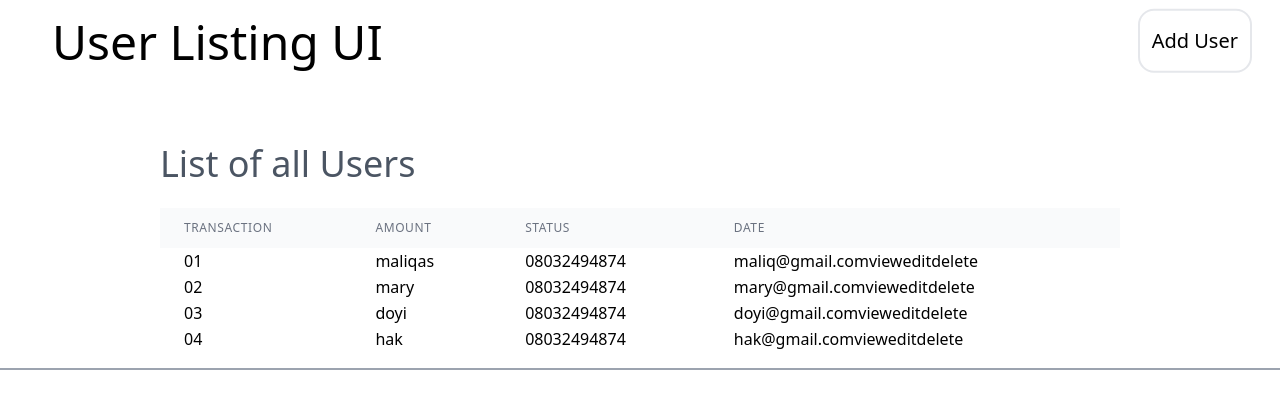
Repository: Marlstergo/listings
Page: / (app in client/)
An editor plug-in stored every save of this project. The page is shown before and after the next save, followed by the edit.
The browser window is 1280 px wide. The pictures show the whole page.
The project was rebuilt for these pictures with package versions that can differ from the ones it lists, and the page was loaded fresh each time. Also part of the build but not shown: client/craco.config.js, client/src/components/Loader.js, client/src/components/List.js, client/src/components/EditUser.js.

Above is the page before, as saved 2021-07-21 16:32:35.

### client/src/index.js
/* eslint-disable no-unused-vars */
import React from "react";
import ReactDOM from "react-dom";
import "./index.css";
import App from "./App";
import reportWebVitals from "./reportWebVitals";
import { BrowserRouter as Router } from 'react-router-dom';
import { Provider } from "react-redux";
import { store } from "./redux/store";
import { PersistGate } from "redux-persist/integration/react";
import { persistor } from "./redux/store";

ReactDOM.render(
  <React.StrictMode>
    <Provider store={store}>
      <Router>
        <PersistGate persistor={persistor}>
          <App />
        </PersistGate>
      </Router>
    </Provider>
  </React.StrictMode>,
  document.getElementById("root")
);

// If you want to start measuring performance in your app, pass a function
// to log results (for example: reportWebVitals(console.log))
// or send to an analytics endpoint. Learn more: https://bit.ly/CRA-vitals
reportWebVitals();

### client/src/App.js
import React, { useState } from "react";
import { BrowserRouter, Route, Switch, useLocation } from "react-router-dom";
import Header from "./components/Header";
import Home from "./components/Home";
import List from "./components/List";
// import Toppings from "./components/Toppings";
import Order from "./components/EditUser";
// import Modal from "./components/Modal";
import { AnimatePresence } from "framer-motion";

function App() {
  const location = useLocation();
  const showModal = true;

  return (
    <>
      <Header />
      {/* <Modal showModal={showModal} /> */}
      <AnimatePresence exitBeforeEnter>
        <BrowserRouter>
          <Switch>
            <Route exact name="home" path="/">
              <Home />
            </Route>
            {/* <Route exact path="/createUpdateUser">
            <Toppings />
          </Route> */}
            <Route path="/edit" exact name="order">
              <Order />
            </Route>
            <Route path="/view" exact name="view">
              <List/>
            </Route>
          </Switch>
        </BrowserRouter>
      </AnimatePresence>
    </>
  );
}

export default App;

### client/src/redux/store.js
import { createStore, applyMiddleware } from "redux";
import { logger } from 'redux-logger';
import {persistStore} from 'redux-persist';
// import thunk from 'redux-thunk'
import createSagaMiddleware from 'redux-saga'

import rootSaga from './root-sagas'

import rootReducer from './root-reducer';

const sagaMiddleware = createSagaMiddleware()

const middleware = [sagaMiddleware];

if( process.env.NODE_ENV === 'development'){
    middleware.push(logger)
}

export const store = createStore(rootReducer, applyMiddleware(...middleware))

sagaMiddleware.run(rootSaga)

export const persistor = persistStore(store)

export default (store, persistor);

### client/src/components/Header.js
import React from "react";
import { motion } from "framer-motion";

const svgVariants = {
  hidden: { rotate: -180 },
  visible: {
    rotate: 0,
    transition: { duration: 1 },
  },
};

const pathVariants = {
  hidden: {
    opacity: 0,
    pathLength: 0,
  },
  visible: {
    opacity: 1,
    pathLength: 1,
    transition: {
      duration: 2,
      ease: "easeInOut",
    },
  },
};

const buttonVariants = {
  show: {
    y: [0, -20],
    x: 0,
    textShadow: "0px 0px 8px rgb(255,255,255)",
    boxShadow: "0px 0px 8px rgb(255,255,255)",
    transition: {
      duration: 0.3,
      yoyo: Infinity,
      ease: 'easeOut'
    },
  },
};

const Header = () => {
  return (
    <header className="flex p-7 w-screen justify-between  items-center">
      {/* <motion.div
        className="logo"
        drag
        dragConstraints={{ left: 0, top: 0, right: 0, bottom: 0 }}
        dragElastic={0.7}
      >

      </motion.div> */}
      <motion.div
        className=" flex justify-between w-full ml-6 text-xs"
        initial={{ y: -250 }}
        animate={{ y: -10 }}
        transition={{ delay: 0.2, type: "spring", stiffness: 120 }}
      >
        <h1 className=" pb-4 text-5xl">User Listing UI</h1>
        <motion.button variants={buttonVariants} whileHover="hover"
        animate="show"
        className="text-xl border-2 px-3 rounded-2xl active:bg-gray-200"
        >
          Add User
        </motion.button>
      </motion.div>
    </header>
  );
};

export default Header;

### client/src/components/Home.js
import React from "react";
import { Link } from "react-router-dom";
import { motion } from "framer-motion";
import Loader from "./Loader";
import UserRow from "./UserRow";



const containerVariants = {
  hidden: {
    opacity: 0,
  },
  visible: {
    opacity: 1,
    transition: { delay: 1.5, duration: 1.5 },
  },
  exit: {
    x: "-100vh",
    transition: { ease: "easeInOut" },
  },
};
const buttonVariants = {
  hover: {
    scale: 1.1,
    textShadow: "0px 0px 8px rgb(255,255,255)",
    boxShadow: "0px 0px 8px rgb(255,255,255)",
    transition: {
      duration: 0.3,
      yoyo: Infinity
    }
  }
}
const users = [
  {
    id: '01',
    name: "maliqas",
    email: "maliq@gmail.com",
    phone: '08032494874'
  },
  {
    id: '02',
    name: "mary",
    email: "mary@gmail.com",
    phone: '08032494874'
  },
  {
    id: '03',
    name: "doyi",
    email: "doyi@gmail.com",
    phone: '08032494874'
  },
  {
    id: '04',
    name: "hak",
    email: "hak@gmail.com",
    phone: '08032494874'
  },
];
const Home = () => {
  return (
    <motion.div
      className="  pb-4 mb-4 border-b-2 border-gray-400 flex flex-col items-center"
      variants={containerVariants}
      initial="hidden"
      animate="visible"
      exit="exit"
    >
      <div className="w-3/4 ">
        <h1 className="text-gray-600 py-6 text-4xl">List of all Users</h1>

        <table className="min-w-full divide-y divide-gray-200">
          <thead>
            <tr>
              <th className="px-6 py-3 bg-gray-50 text-left text-xs font-medium text-gray-500 uppercase tracking-wider">
                Transaction
              </th>
              <th className="px-6 py-3 bg-gray-50 text-left text-xs font-medium text-gray-500 uppercase tracking-wider">
                Amount
              </th>
              <th className=" px-6 py-3 bg-gray-50 text-left text-xs font-medium text-gray-500 uppercase tracking-wider">
                Status
              </th>
              <th className="px-6 py-3 bg-gray-50 text-left text-xs font-medium text-gray-500 uppercase tracking-wider">
                Date
              </th>
            </tr>
            {
              users.map((user) =>(
                <UserRow name={user.name} id={user.id} email={user.email} phone={user.phone} />
              ))
            }
          </thead>
        </table>
      </div>
    </motion.div>
  );
};

export default Home;

### client/src/redux/root-sagas.js
import {all, call} from 'redux-saga/effects'
import {userSagas} from './user/user.sagas'


export default function* rootSaga(){
    yield all([
        call(userSagas),
    ])
}

### client/src/redux/root-reducer.js
import {combineReducers} from 'redux'
import userReducer from './user/user.reducer'
// import cartReducer from './cart/cart.reducer'
import {persistReducer} from 'redux-persist'
import storage from 'redux-persist/lib/storage'
// import directoryReducer from './directory/directory.reducer'
// import shopReducer from './shop/shop.reducer'

const persistConfig ={
    key: 'root',
    storage,
    whitelist: ['' ]
}
const rootReducer = combineReducers({
    user: userReducer,

})
export default persistReducer(persistConfig, rootReducer)

### client/src/components/UserRow.jsx
import React from "react";

const UserRow = ({id, name, phone, email}) => {
  console.log(phone)
  return (
    <tr>
      <td className="px-6">{id}</td>
      <td className="px-6">{name}</td>
      <td className="px-6">{phone}</td>
      <td className="px-6">{email}
        <button>view</button>
        <button>edit</button>
        <button>delete</button>
      </td>
    </tr>
  );
};

export default UserRow;

### client/src/redux/user/user.sagas.js
import { all, call, put, takeLatest } from "redux-saga/effects";

import UserActionTypes from "./user.types";
import { loadUserDetail } from "./user.action";
// import axios from "axios";
// import { getUserDetailsURL } from "../../components/stringConstants";

export function* getDetails() {
  yield console.log("i fired");

  // try {
  //   console.log("inside try");

  //   const res = yield axios.get(getUserDetailsURL);
  //   const data = yield res.data;
  //   console.log(res);
  //   yield put(loadUserDetail(data ? data.data[0] : {}));
  // } catch (err) {
  //   console.log(err.response);
  //   if (err.response && err.response.statusText === "Not Found") {
  //     // console.log("");
  //     window.location.href = "/profile/settings?newUser=0837";
  //   }
  // }
}

export function* getUserDetails() {
  yield takeLatest(UserActionTypes.GET_USER_DETAIL, getDetails);
}
// export function* loadUserDetails(){
//     yield takeLatest(UserActionTypes.LOAD_USER_DETAIL, loadDetails)
// }

export function* userSagas() {
  yield all([call(getUserDetails)]);
}

### client/src/redux/user/user.reducer.js
import UserActionTypes from "./user.types";
const INITIAL_STATE = {
  // currentUser: null,
  userDetail: {},
  demo: 'i am demo',
  location: null

};
const userReducer = (state = INITIAL_STATE, action) => {
  switch (action.type) {

    case UserActionTypes.LOAD_USER_DETAIL:
      return {
        ...state,
        userDetail: action.payload,
      };

    case UserActionTypes.COLLECT_GEOLOCATION:
      return {
        ...state,
        location: action.payload
      }
    default:
      return state;
  }
};

export default userReducer;

### client/src/redux/user/user.types.js
const UserActionTypes ={
    GOOGLE_SIGN_IN_START : 'GOOGLE_SIGN_IN_START',
    SIGN_IN_SUCCESS : 'SIGN_IN_SUCCESS',
    SIGN_IN_FAILURE : 'SIGN_IN_FAILURE',
    GET_USER_DETAIL: 'GET_USER_DETAIL',
    LOAD_USER_DETAIL: 'LOAD_USER_DETAIL',
    COLLECT_GEOLOCATION: 'COLLECT_GEOLOCATION',
    FETCH_GEOLOCATION: 'FETCH_GEOLOCATION'
}
export default UserActionTypes;

### client/src/redux/user/user.action.js
import UserActionTypes from './user.types'



// export const googleSignInStart = () => ({
//     type: UserActionTypes.GOOGLE_SIGN_IN_START
// })

// export const signInSuccess = (user) => ({
//     type: UserActionTypes.SIGN_IN_SUCCESS,
//     payload: user
// })

export const getUserDetail = () => ({
    type: UserActionTypes.GET_USER_DETAIL,

})
export const loadUserDetail = (details) => ({
    type: UserActionTypes.LOAD_USER_DETAIL,
    payload: details
})

export const fetchGeoloction = () => ({
    type: UserActionTypes.FETCH_GEOLOCATION
})
export const collectGeolocation = (location) => ({
    type: UserActionTypes.COLLECT_GEOLOCATION,
    payload: location
})
// })

### client/tailwind.config.js
// tailwind.config.js
module.exports = {
  // mode:'jit',
  purge: ["./src/**/*.{js,jsx,ts,tsx}", "./public/index.html"],
  darkMode: false, // or 'media' or 'class'
  theme: {
    extend: {},
  },
  variants: {
    extend: {
      backgroundColor: ["active"],
    },
  },
  plugins: [],
};

Loaded but not shown: client/public/index.html (common file); client/src/index.css (common file); client/src/reportWebVitals.js (common file)

After the next save:
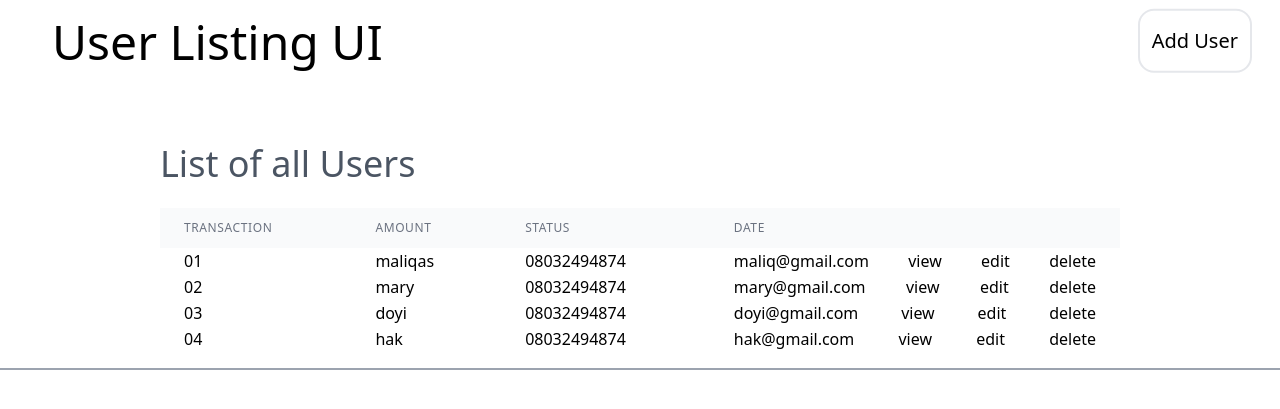
Saved 21 s later.
--- a/client/src/components/UserRow.jsx
+++ b/client/src/components/UserRow.jsx
@@ -7,7 +7,7 @@ const UserRow = ({id, name, phone, email}) => {
       <td className="px-6">{id}</td>
       <td className="px-6">{name}</td>
       <td className="px-6">{phone}</td>
-      <td className="px-6">{email}
+      <td className=" flex justify-between px-6">{email}
         <button>view</button>
         <button>edit</button>
         <button>delete</button>
